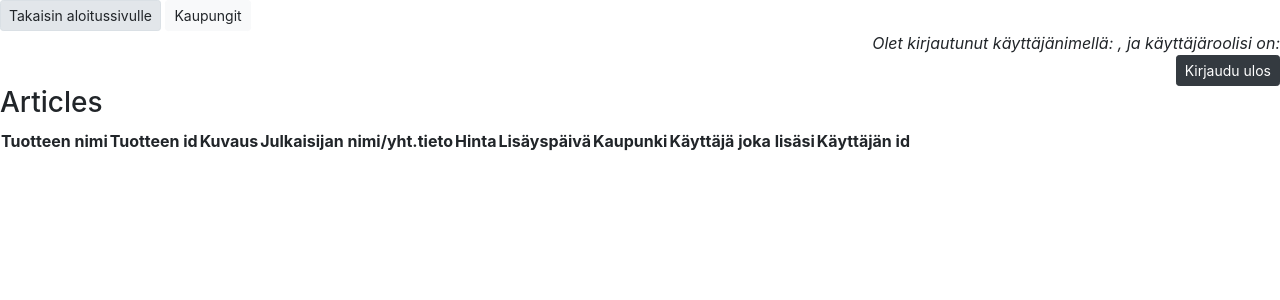
Repository: LiljestromNadja/Backend_s2023_harjoitustyo
Page: http://localhost/articlelist
These files come from the project's save history. The page is drawn as it stood at one moment and after the next save; the edit follows.
The browser window is 1280 px wide. The pictures show the whole page.
The page is this project's Thymeleaf template; nobody is signed in. The template is opened directly, without the code that normally fills it, so the values that code supplies are empty.

Above is the page before, as saved 2023-11-09 18:20:16.

### harkkas23v01/src/main/resources/templates/articlelist.html
<!DOCTYPE html>
<html xmlns:th="http://www.thymeleaf.org">
<head>
	<title>Articlelist</title>
	<meta http-equiv="Content-Type" content="text/html" charset="UTF-8"/>
	<!-- Bootstrap-linkki vaihdettu tähän 04-10-2023 -->
	<link rel="stylesheet" href="https://cdn.jsdelivr.net/npm/bootstrap@4.0.0/dist/css/bootstrap.min.css" integrity="sha384-Gn5384xqQ1aoWXA+058RXPxPg6fy4IWvTNh0E263XmFcJlSAwiGgFAW/dAiS6JXm" crossorigin="anonymous"> <!-- Lisättiin tyyli, bootstrap 4.0 -->
	<!-- Lisättiin tyyli, bootstrap 4.0 -->
</head>
<body>
	<div>
		<a href="/index"><button class="text-left btn btn-light btn-sm">Takaisin aloitussivulle</button></a>
		<a href="/cities"><button class="text-left btn btn-light btn-sm">Kaupungit</button></a>
	</div>

	<div class="text-right">
		<i>Olet kirjautunut käyttäjänimellä: <b sec:authentication="name"></b>,
			ja käyttäjäroolisi on: <b sec:authentication="principal.authorities"></b></i>

		<br>
		<form class="text-right" th:action="@{/logout}" method="post">
			<input type="submit" value="Kirjaudu ulos" class="btn btn-sm btn-dark" />
		</form>

	</div>
	<h3>Articles</h3>
	<table>
	<tr>
		<th>Tuotteen nimi</th>
		<th>Tuotteen id </th>
		<th>Kuvaus</th>
		<th>Julkaisijan nimi/yht.tieto</th>
		<th>Hinta</th>
		<th>Lisäyspäivä</th>
		<th>Kaupunki</th>
		<th>Käyttäjä joka lisäsi</th>
		<th>Käyttäjän id</th>
		<th></th>
		<th></th>
		<th></th>

		<th></th>
	</tr>
	<tr th:each = "article : ${articles}">   		<!-- MUISTA DOLLARIT, muuten voi mennä tovi jos toinenkin ihmettelyyn-->
			<td th:text="${article.title}"></td>
			<td th:text="${article.id}"></td>
			<td th:text="${article.description}"></td>
			<td th:text="${article.publisher}"></td>
			<td th:text="${article.price}"></td>
			<td th:text="${article.dateadded}"></td>
			<td th:text="${article?.city?.name}"></td>	<!-- kysymysmerkki == jos kategoriaa ei ole -->
			<td th:text="${article?.applicationuser?.username}"></td>
			<td th:text="${article?.applicationuser?.id}"></td>

<!-- USER voi muokata/poistaa vain julkaisujaan, ADMIN kaikkia: -->
<!-- 24102023 -->
			<td th:if="${article.applicationuser.username == applicationuser.username}" sec:authorize="hasAuthority('USER')"><a th:href="@{/editArticle/{id}(id=${article.id})}" class="btn btn-dark btn-sm">Edit</a></td>
			<td th:if="${article.applicationuser.username == applicationuser.username}" sec:authorize="hasAuthority('USER')"><a th:href="@{/delete/{id}(id=${article.id})}" class="btn btn-xs btn-danger btn-sm">Delete</a></td>

<!-- Jos USERILLA ei muokkausoikeutta kyseiseen kirjaan -->
<!-- 26102023 -->
			<td th:unless="${article.applicationuser.username == applicationuser.username}" sec:authorize="hasAuthority('USER')">   </td>
			<td th:unless="${article.applicationuser.username == applicationuser.username}" sec:authorize="hasAuthority('USER')">   </td>

<!-- ADMIN voi muokata/poistaa kaikkia -->
			<td sec:authorize="hasAuthority('ADMIN')"><a th:href="@{/editArticle/{id}(id=${article.id})}" class="btn btn-xs btn-dark btn-sm">Edit</a></td>
			<td sec:authorize="hasAuthority('ADMIN')"><a th:href="@{/delete/{id}(id=${article.id})}" class="btn btn-xs btn-danger btn-sm">Delete</a></td>
<!--Ota pois valmiista  -->			<td th:text="${article.id}"></td>

<!-- Kirjan kommentit voi listata roolissa ADMIN tai USER -->
	  		<td sec:authorize="hasAuthority('ADMIN') or hasAuthority('USER')"><a th:href="@{'/article/' + ${article.id} + '/comments'}" class="btn btn-light btn-sm">Comments</a></td>
		<!--	<td sec:authorize="hasAuthority('ADMIN') or hasAuthority('USER')"><a th:href="@{/listComments}" class="btn btn-xs btn-success btn-sm">Comments</a></td> -->




<!-- Kirjaa voi kommentoida ADMIN/USER -->
		<td><a sec:authorize="hasAuthority('ADMIN') or hasAuthority('USER')" th:href="@{/addComment/{id}(id=${article.id})}" ><button
			class="btn btn-light btn-sm">Add new Comment</button></a> </td>






	</tr>
	</table>
	<br></br>

	<a sec:authorize="hasAuthority('ADMIN')" href="/add"><button class="btn btn-dark btn-sm">Add new Article</button></a>
	<a sec:authorize="hasAuthority('USER')" href="/add"><button class="btn btn-dark btn-sm">Add new Article</button></a>
	<br></br>











	<!--
	<a sec:authorize="hasAuthority('ADMIN')" href="/addCategory"><button class="btn btn-light">Add Category</button></a>

	 -->


	<!--

	<br></br>
	<a href="/cities"><button>All Categories</button></a>

	 -->

	<!--<a href="/add" class="btn btn-primary">Add article</a>-->


	<!--
	<div class="col-md-4" style="padding:20px 0">
		<form th:action="@{/logout}" method="post">
			<input type="submit" value="Sign Out" class="btn btn-sm btn-danger"/>
		</form>
	</div>

	 -->



</body>
</html>

After the next save:
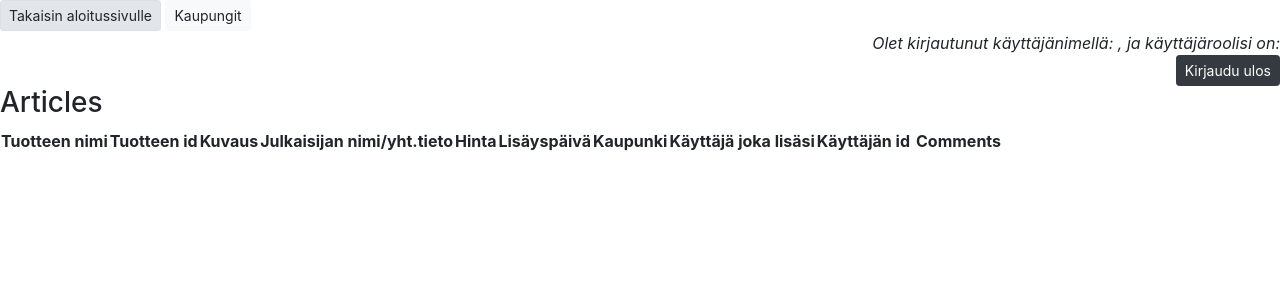
Saved 3 min 17 s later.
--- a/harkkas23v01/src/main/resources/templates/articlelist.html
+++ b/harkkas23v01/src/main/resources/templates/articlelist.html
@@ -37,10 +37,9 @@
 		<th>Käyttäjän id</th>
 		<th></th>
 		<th></th>
-		<th></th>
+		<th>Comments</th>
+	</tr>
 
-		<th></th>
-	</tr>
 	<tr th:each = "article : ${articles}">   		<!-- MUISTA DOLLARIT, muuten voi mennä tovi jos toinenkin ihmettelyyn-->
 			<td th:text="${article.title}"></td>
 			<td th:text="${article.id}"></td>
@@ -51,8 +50,13 @@
 			<td th:text="${article?.city?.name}"></td>	<!-- kysymysmerkki == jos kategoriaa ei ole -->
 			<td th:text="${article?.applicationuser?.username}"></td>
 			<td th:text="${article?.applicationuser?.id}"></td>
+			<!-- <td>Ilmoituksen poistonappi	</td> -->
+			<!-- <td>Ilmoituksen muokkausnappi</td>  -->
+			<!-- <td>Linkki kommenttilistaukseen </td>-->
+			<!-- <td>Kirjoita kommentti -linkki </td>-->
 
-<!-- USER voi muokata/poistaa vain julkaisujaan, ADMIN kaikkia: -->
+
+<!-- USER voi muokata/poistaa vain omiaan, ADMIN kaikkia: -->
 <!-- 24102023 -->
 			<td th:if="${article.applicationuser.username == applicationuser.username}" sec:authorize="hasAuthority('USER')"><a th:href="@{/editArticle/{id}(id=${article.id})}" class="btn btn-dark btn-sm">Edit</a></td>
 			<td th:if="${article.applicationuser.username == applicationuser.username}" sec:authorize="hasAuthority('USER')"><a th:href="@{/delete/{id}(id=${article.id})}" class="btn btn-xs btn-danger btn-sm">Delete</a></td>
